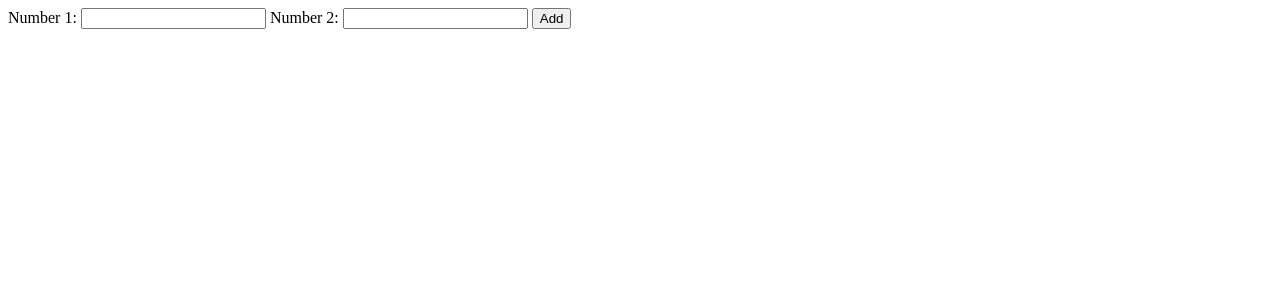
Repository: mittalvaibhav1/java-web
Page: Servlets/ServletApp/WebContent/index.html
These files come from the project's save history. The page is drawn as it stood at one moment and after the next save; the edit follows.
The browser window is 1280 px wide. The pictures show the whole page.

Above is the page before, as saved 2021-05-11 04:48:48.

After the next save:
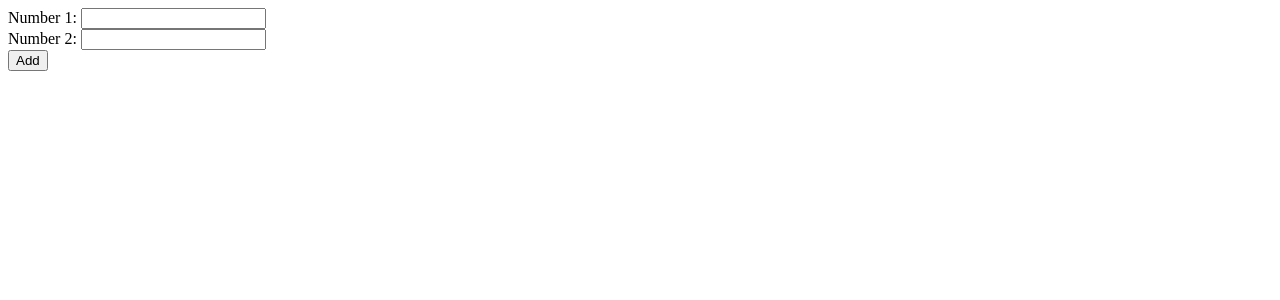
Saved 18 s later.
--- a/Servlets/ServletApp/WebContent/index.html
+++ b/Servlets/ServletApp/WebContent/index.html
@@ -6,9 +6,9 @@
 </head>
 <body>
 	<form action="add">
-		<label> Number 1: </label><input type="text" name="num1" />
-		<label> Number 2: </label><input type="text" name="num2" />
-		<input type="submit" value="Add" />
+		<label> Number 1: </label><input type="text" name="num1" /> <br />
+		<label> Number 2: </label><input type="text" name="num2" /> <br />
+		<input type="submit" value="Add" /> <br />
 	</form>
 </body>
 </html>
